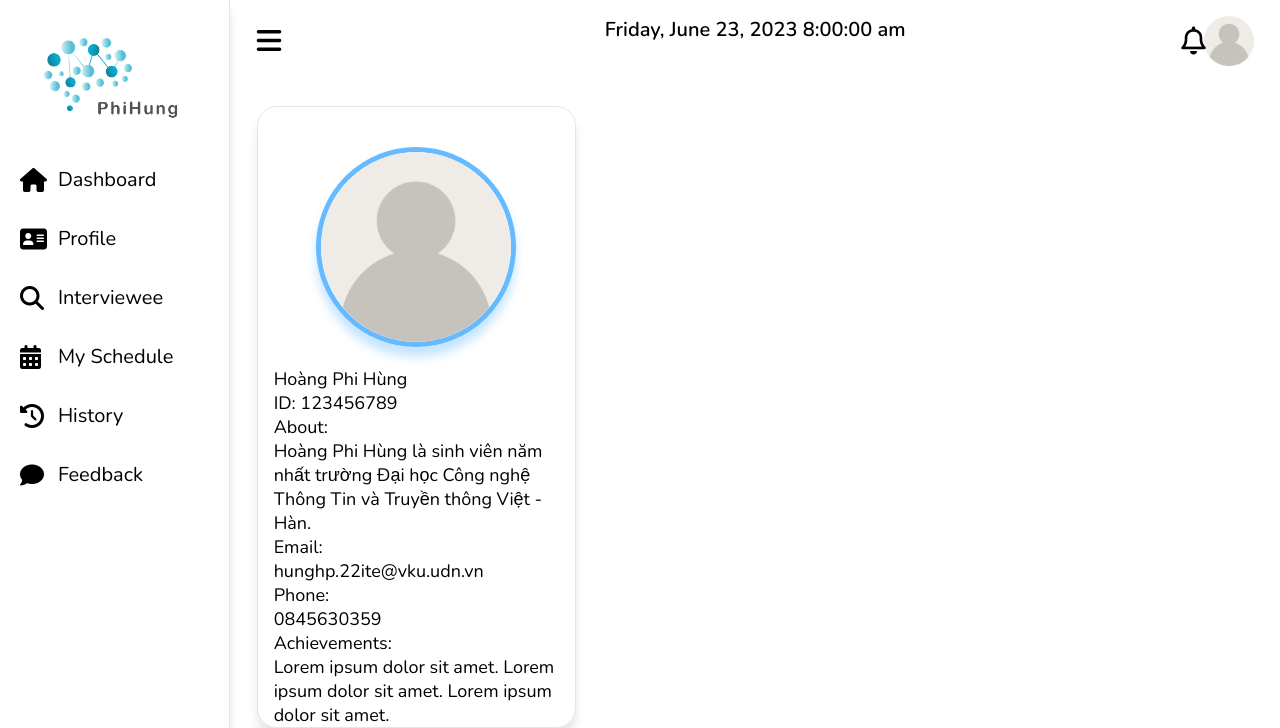
Repository: hphihungit/InterviewService
Page: interviewee.html
The author's editor kept a copy of each file at every save. The page is drawn from the files as they stood at one save, then again after the next save.
The browser window is 1280 px wide. The pictures show the whole page.

Above is the page before, as saved 2023-05-31 23:28:33.

### interviewee.html
<!DOCTYPE html>
<html lang="en">
<head>
    <meta charset="UTF-8">
    <meta http-equiv="X-UA-Compatible" content="IE=edge">
    <meta name="viewport" content="width=device-width, initial-scale=1.0">
    <title>Document</title>
    <link rel="stylesheet" href="assets/css/grid.css">
    <link rel="stylesheet" href="assets/css/base.css">
    <link rel="stylesheet" href="https://cdnjs.cloudflare.com/ajax/libs/font-awesome/6.4.0/css/all.min.css" integrity="sha512-iecdLmaskl7CVkqkXNQ/ZH/XLlvWZOJyj7Yy7tcenmpD1ypASozpmT/E0iPtmFIB46ZmdtAc9eNBvH0H/ZpiBw==" crossorigin="anonymous" referrerpolicy="no-referrer"/>
    <link rel="preconnect" href="https://fonts.googleapis.com">
    <link rel="preconnect" href="https://fonts.gstatic.com" crossorigin>
    <link href="https://fonts.googleapis.com/css2?family=Nunito:wght@200;300;400;500;600;700;800;900;1000&display=swap" rel="stylesheet">
    <link rel="stylesheet" href="assets/css/interviewee.css">
</head>
<body>
    <div id="main">
        <div class="dashboard">
            <div class="dashboard__logo"></div>
            <ul class="dashboard__list">
                <li class="dashboard__item">
                    <a href="" class="icon__link">
                        <i class="fa-solid fa-house"></i>
                    </a>
                    <a href="" class="link">Dashboard</a>
                </li>
                <li class="dashboard__item">
                    <a href="" class="icon__link">
                        <i class="fa-solid fa-address-card"></i>
                    </a>
                    <a href="" class="link">Profile</a>
                </li>
                <li class="dashboard__item">
                    <a href="" class="icon__link">
                        <i class="fa-solid fa-magnifying-glass"></i>
                    </a>
                    <a href="" class="link">Interviewee</a>
                </li>
                <li class="dashboard__item">
                    <a href="" class="icon__link">
                        <i class="fa-solid fa-calendar-days"></i>
                    </a>
                    <a href="" class="link">My Schedule</a>
                </li>
                <li class="dashboard__item">
                    <a href="" class="icon__link">
                        <i class="fa-solid fa-clock-rotate-left"></i>
                    </a>
                    <a href="" class="link">History</a>
                </li>
                <li class="dashboard__item">
                    <a href="" class="icon__link">
                        <i class="fa-solid fa-comment"></i>
                    </a>
                    <a href="" class="link">Feedback</a>
                </li>
            </ul>
        </div>

        <div class="container">
            <div class="header">
                <div class="header__icon">
                    <label class="fa-solid fa-bars header__label"></label>
                </div>

                <div class="header__time">
                    Friday, June 23, 2023 8:00:00 am
                </div>

                <div class="header__news">
                    <label class="fa-regular fa-bell header__label--bell"></label>
                    <div class="header__avatar">
                        <img src="assets/img/user.png" alt="">
                    </div>
                </div>
            </div>

            <div class="about">
                <div class="cv">
                    <div class="cv__avatar">
                        <img src="assets/img/user.png" alt="">
                    </div>

                    <div class="cv__name">
                        <p class="cv__name--interviewee">Hoàng Phi Hùng</p>
                        <p class="cv__id">ID: 123456789</p>
                    </div>

                    <div class="cv__about">
                        <p class="cv__about--title">About: </p>
                        <p class="cv__about--content">
                            Hoàng Phi Hùng là sinh viên năm nhất trường Đại học Công nghệ Thông Tin và Truyền thông Việt - Hàn.
                        </p>
                    </div>

                    <div class="cv__email">
                        <p class="cv__email--title">Email: </p>
                        <p class="cv__email--content">hunghp.22ite@vku.udn.vn</p>
                    </div>

                    <div class="cv__phone">
                        <p class="cv__phone--title">Phone: </p>
                        <p class="cv__phone--content">0845630359</p>
                    </div>

                    <div class="cv__info">
                        <p class="cv__info--title">Achievements: </p>
                        <p class="cv__info--content">
                            Lorem ipsum dolor sit amet.
                            Lorem ipsum dolor sit amet.
                            Lorem ipsum dolor sit amet.
                        </p>
                    </div>
                </div>

                <div class="info">

                </div>
            </div>
        </div>
    </div>
</body>
</html>

### assets/css/grid.css
.grid {
    width: 90%;
    display: block;
    padding: 0;
    margin: 0 auto;
}

.row {
    display: flex;
    flex-wrap: wrap;
    margin-left: -4px;
    margin-right: -4px;
}

.row.no-gutters {
    margin-left: 0;
    margin-right: 0;
}

.col {
    padding-left: 4px;
    padding-right: 4px;
}

.row.no-gutters .col {
    padding-left: 0;
    padding-right: 0;
}

.c-0 {
    display: none;
}

.c-1 {
    flex: 0 0 8.33333%;
    max-width: 8.33333%;
}

.c-2 {
    flex: 0 0 16.66667%;
    max-width: 16.66667%;
}

.c-3 {
    flex: 0 0 25%;
    max-width: 25%;
}

.c-4 {
    flex: 0 0 33.33333%;
    max-width: 33.33333%;
}

.c-5 {
    flex: 0 0 41.66667%;
    max-width: 41.66667%;
}

.c-6 {
    flex: 0 0 50%;
    max-width: 50%;
}

.c-7 {
    flex: 0 0 58.33333%;
    max-width: 58.33333%;
}

.c-8 {
    flex: 0 0 66.66667%;
    max-width: 66.66667%;
}

.c-9 {
    flex: 0 0 75%;
    max-width: 75%;
}

.c-10 {
    flex: 0 0 83.33333%;
    max-width: 83.33333%;
}

.c-11 {
    flex: 0 0 91.66667%;
    max-width: 91.66667%;
}

.c-12 {
    flex: 0 0 100%;
    max-width: 100%;
}

.c-o-1 {
    margin-left: 8.33333%;
}

.c-o-2 {
    margin-left: 16.66667%;
}

.c-o-3 {
    margin-left: 25%;
}

.c-o-4 {
    margin-left: 33.33333%;
}

.c-o-5 {
    margin-left: 41.66667%;
}

.c-o-6 {
    margin-left: 50%;
}

.c-o-7 {
    margin-left: 58.33333%;
}

.c-o-8 {
    margin-left: 66.66667%;
}

.c-o-9 {
    margin-left: 75%;
}

.c-o-10 {
    margin-left: 83.33333%;
}

.c-o-11 {
    margin-left: 91.66667%;
}

/* >= Tablet */
@media (min-width: 740px) {
    .row {
        margin-left: -8px;
        margin-right: -8px;
    }

    .col {
        padding-left: 8px;
        padding-right: 8px;
    }

    .m-0 {
        display: none;
    }

    .m-1,
    .m-2,
    .m-3,
    .m-4,
    .m-5,
    .m-6,
    .m-7,
    .m-8,
    .m-9,
    .m-10,
    .m-11,
    .m-12 {
        display: block;
    }

    .m-1 {
        flex: 0 0 8.33333%;
        max-width: 8.33333%;
    }

    .m-2 {
        flex: 0 0 16.66667%;
        max-width: 16.66667%;
    }

    .m-3 {
        flex: 0 0 25%;
        max-width: 25%;
    }

    .m-4 {
        flex: 0 0 33.33333%;
        max-width: 33.33333%;
    }

    .m-5 {
        flex: 0 0 41.66667%;
        max-width: 41.66667%;
    }

    .m-6 {
        flex: 0 0 50%;
        max-width: 50%;
    }

    .m-7 {
        flex: 0 0 58.33333%;
        max-width: 58.33333%;
    }

    .m-8 {
        flex: 0 0 66.66667%;
        max-width: 66.66667%;
    }

    .m-9 {
        flex: 0 0 75%;
        max-width: 75%;
    }

    .m-10 {
        flex: 0 0 83.33333%;
        max-width: 83.33333%;
    }

    .m-11 {
        flex: 0 0 91.66667%;
        max-width: 91.66667%;
    }

    .m-12 {
        flex: 0 0 100%;
        max-width: 100%;
    }

    .m-o-1 {
        margin-left: 8.33333%;
    }

    .m-o-2 {
        margin-left: 16.66667%;
    }

    .m-o-3 {
        margin-left: 25%;
    }

    .m-o-4 {
        margin-left: 33.33333%;
    }

    .m-o-5 {
        margin-left: 41.66667%;
    }

    .m-o-6 {
        margin-left: 50%;
    }

    .m-o-7 {
        margin-left: 58.33333%;
    }

    .m-o-8 {
        margin-left: 66.66667%;
    }

    .m-o-9 {
        margin-left: 75%;
    }

    .m-o-10 {
        margin-left: 83.33333%;
    }

    .m-o-11 {
        margin-left: 91.66667%;
    }
}

/* PC medium resolution > */
@media (min-width: 1113px) {
    .row {
        margin-left: -12px;
        margin-right: -12px;
    }

    .row.sm-gutter {
        margin-left: -5px;
        margin-right: -5px;
    }

    .col {
        padding-left: 12px;
        padding-right: 12px;
    }

    .row.sm-gutter .col {
        padding-left: 5px;
        padding-right: 5px;
    }

    .l-0 {
        display: none;
    }

    .l-1,
    .l-2,
    .l-2-4,
    .l-3,
    .l-4,
    .l-5,
    .l-6,
    .l-7,
    .l-8,
    .l-9,
    .l-10,
    .l-11,
    .l-12 {
        display: block;
    }

    .l-1 {
        flex: 0 0 8.33333%;
        max-width: 8.33333%;
    }

    .l-2 {
        flex: 0 0 16.66667%;
        max-width: 16.66667%;
    }

    .l-2-4 {
        flex: 0 0 20%;
        max-width: 20%;
    }

    .l-3 {
        flex: 0 0 25%;
        max-width: 25%;
    }

    .l-4 {
        flex: 0 0 33.33333%;
        max-width: 33.33333%;
    }

    .l-5 {
        flex: 0 0 41.66667%;
        max-width: 41.66667%;
    }

    .l-6 {
        flex: 0 0 50%;
        max-width: 50%;
    }

    .l-7 {
        flex: 0 0 58.33333%;
        max-width: 58.33333%;
    }

    .l-8 {
        flex: 0 0 66.66667%;
        max-width: 66.66667%;
    }

    .l-9 {
        flex: 0 0 75%;
        max-width: 75%;
    }

    .l-10 {
        flex: 0 0 83.33333%;
        max-width: 83.33333%;
    }

    .l-11 {
        flex: 0 0 91.66667%;
        max-width: 91.66667%;
    }

    .l-12 {
        flex: 0 0 100%;
        max-width: 100%;
    }

    .l-o-1 {
        margin-left: 8.33333%;
    }

    .l-o-2 {
        margin-left: 16.66667%;
    }

    .l-o-3 {
        margin-left: 25%;
    }

    .l-o-4 {
        margin-left: 33.33333%;
    }

    .l-o-5 {
        margin-left: 41.66667%;
    }

    .l-o-6 {
        margin-left: 50%;
    }

    .l-o-7 {
        margin-left: 58.33333%;
    }

    .l-o-8 {
        margin-left: 66.66667%;
    }

    .l-o-9 {
        margin-left: 75%;
    }

    .l-o-10 {
        margin-left: 83.33333%;
    }

    .l-o-11 {
        margin-left: 91.66667%;
    }
}

/* Tablet - PC low resolution */
@media (min-width: 740px) and (max-width: 1023px) {
    .wide {
        width: 644px;
    }
}

/* > PC low resolution */
@media (min-width: 1024px) and (max-width: 1239px) {
    .wide {
        width: 984px;
    }

    .wide .row {
        margin-left: -12px;
        margin-right: -12px;
    }

    .wide .row.sm-gutter {
        margin-left: -5px;
        margin-right: -5px;
    }

    .wide .col {
        padding-left: 12px;
        padding-right: 12px;
    }

    .wide .row.sm-gutter .col {
        padding-left: 5px;
        padding-right: 5px;
    }

    .wide .l-0 {
        display: none;
    }

    .wide .l-1,
    .wide .l-2,
    .wide .l-2-4,
    .wide .l-3,
    .wide .l-4,
    .wide .l-5,
    .wide .l-6,
    .wide .l-7,
    .wide .l-8,
    .wide .l-9,
    .wide .l-10,
    .wide .l-11,
    .wide .l-12 {
        display: block;
    }

    .wide .l-1 {
        flex: 0 0 8.33333%;
        max-width: 8.33333%;
    }

    .wide .l-2 {
        flex: 0 0 16.66667%;
        max-width: 16.66667%;
    }

    .wide .l-2-4 {
        flex: 0 0 20%;
        max-width: 20%;
    }

    .wide .l-3 {
        flex: 0 0 25%;
        max-width: 25%;
    }

    .wide .l-4 {
        flex: 0 0 33.33333%;
        max-width: 33.33333%;
    }

    .wide .l-5 {
        flex: 0 0 41.66667%;
        max-width: 41.66667%;
    }

    .wide .l-6 {
        flex: 0 0 50%;
        max-width: 50%;
    }

    .wide .l-7 {
        flex: 0 0 58.33333%;
        max-width: 58.33333%;
    }

    .wide .l-8 {
        flex: 0 0 66.66667%;
        max-width: 66.66667%;
    }

    .wide .l-9 {
        flex: 0 0 75%;
        max-width: 75%;
    }

    .wide .l-10 {
        flex: 0 0 83.33333%;
        max-width: 83.33333%;
    }

    .wide .l-11 {
        flex: 0 0 91.66667%;
        max-width: 91.66667%;
    }

    .wide .l-12 {
        flex: 0 0 100%;
        max-width: 100%;
    }

    .wide .l-o-1 {
        margin-left: 8.33333%;
    }

    .wide .l-o-2 {
        margin-left: 16.66667%;
    }

    .wide .l-o-3 {
        margin-left: 25%;
    }

    .wide .l-o-4 {
        margin-left: 33.33333%;
    }

    .wide .l-o-5 {
        margin-left: 41.66667%;
    }

    .wide .l-o-6 {
        margin-left: 50%;
    }

    .wide .l-o-7 {
        margin-left: 58.33333%;
    }

    .wide .l-o-8 {
        margin-left: 66.66667%;
    }

    .wide .l-o-9 {
        margin-left: 75%;
    }

    .wide .l-o-10 {
        margin-left: 83.33333%;
    }

    .wide .l-o-11 {
        margin-left: 91.66667%;
    }
}

### assets/css/base.css
:root {
    --white-color: #fff;
    --black-color: #000;
    --blue-color : #40a9ff;
    --text-color: #8f8f8f;
    --scale: 1px;
}

* {
    padding: 0;
    margin: 0;
    box-sizing: border-box;
    text-decoration: none;
    list-style-type: none;
}

html, body {
    font-size: 18px;
    font-family: 'Nunito', sans-serif;
    scroll-behavior: smooth;
}

### assets/css/interviewee.css
#main {
    width: 100%;
    display: flex;
}

.dashboard {
    width: 18%;
    min-height: 0;
    border-right: 1px solid rgba(0, 0, 0, 0.1);
    box-shadow: 0 10px 10px rgba(0, 0, 0, 0.1);
}

.dashboard__logo {
    width: 100%;
    height: 150px;
    background-image: url('../img/logo.png');
    background-repeat: no-repeat;
    background-size: 50%;
    background-size: 62%;
    background-position: 50% 85%;
}

.dashboard__list {
    width: 100%;
}

.dashboard__item {
    border-radius: 25px 0 0 25px;
    display: flex;
    width: 100%;
    padding: 0px 20px;
}

.dashboard__item:hover {
    background-color: var(--blue-color);
}

.dashboard__item:hover .link,
.dashboard__item:hover .icon__link {
    color: #fff;
}

.icon__link {
    display: flex;
    align-items: center;
    width: 20%;
    font-size: 24px;
    color: #000;
}

.link {
    display: inline-block;
    width: 80%;
    font-size: 20px;
    padding: 16px 0px;
    color: #000;
}

.container {
    width: 82%;
}

.header {
    width: 95%;
    margin: 0 auto;
    display: flex;
    justify-content: space-between;
    margin-top: 16px;
}

.header__icon {
    width: 32%;
    display: flex;
    justify-content: space-between;
    align-items: center;
}

.header__label {
    font-size: 28px;
}

.header__time {
    width: 32%;
    text-align: center;
    font-size: 20px;
    font-weight: 600;
}

.header__news {
    width: 32%;
    display: flex;
    justify-content: flex-end;
    align-items: center;
}

.header__label--bell {
    font-size: 28px;
    position: relative;
}

.header__avatar {
    width: 15%;
    display: flex;
    justify-content: flex-end;
    align-items: center;
}

.header__avatar img {
    width: 50px;
    height: 50px;
}

.about {
    display: flex;
    width: 95%;
    margin: 0 auto;
    margin-top: 40px;
}

.cv {
    width: 32%;
    border: 1px solid rgba(0, 0, 0, 0.1);
    border-radius: 20px;
    box-shadow: 0 10px 10px rgba(0, 0, 0, 0.1);
    padding: 0px 16px;
}

.cv__avatar {
    width: 100%;
    display: flex;
    justify-content: center;
    align-items: center;
    padding: 20px 0px;
    padding-top: 40px;
}

.cv__avatar img {
    width: 200px;
    height: 200px;
    border: 5px solid rgba(64, 169, 255, 0.8);
    border-radius: 50%;
    box-shadow: 0 10px 10px rgba(64, 169, 255, 0.3);;
}

.cv__name,
.cv__about,
.cv__email,
.cv__phone,
.cv__info {
    width: 100%;
}

After the next save:
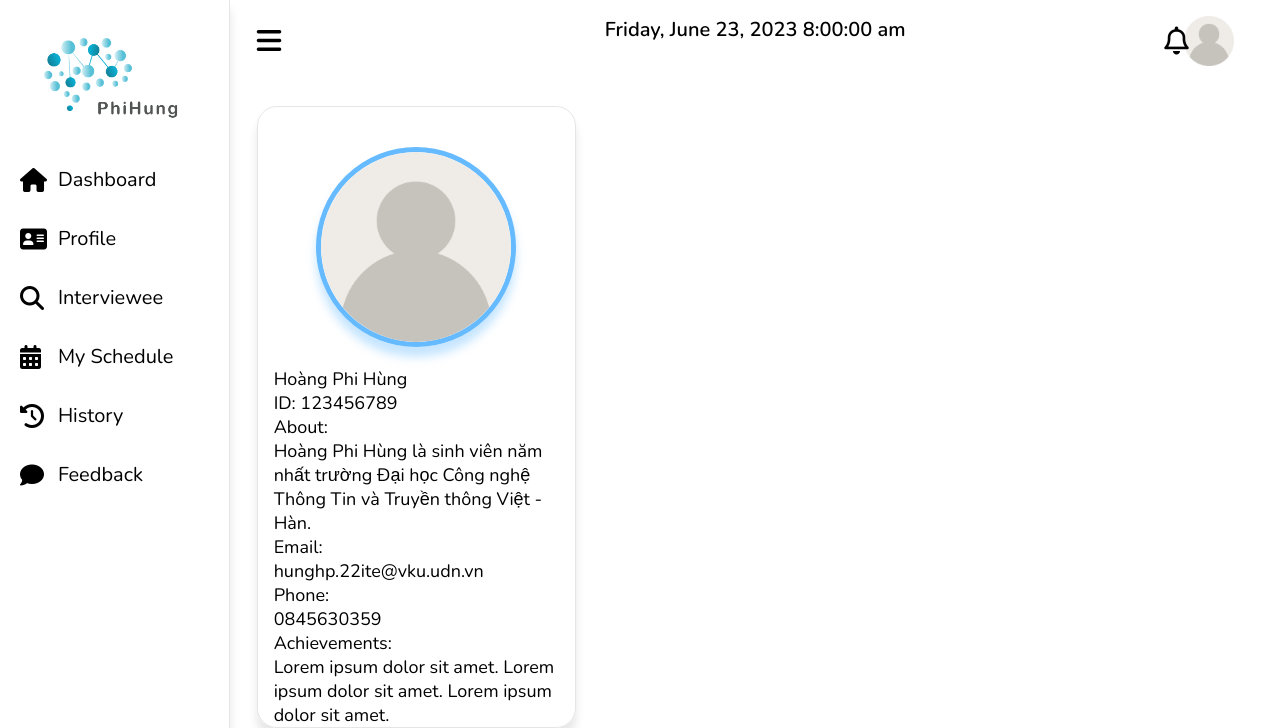
Saved 57 s later.
--- a/assets/css/interviewee.css
+++ b/assets/css/interviewee.css
@@ -88,6 +88,7 @@
 
 .header__news {
     width: 32%;
+    padding-right: 20px;
     display: flex;
     justify-content: flex-end;
     align-items: center;

After the save that followed:
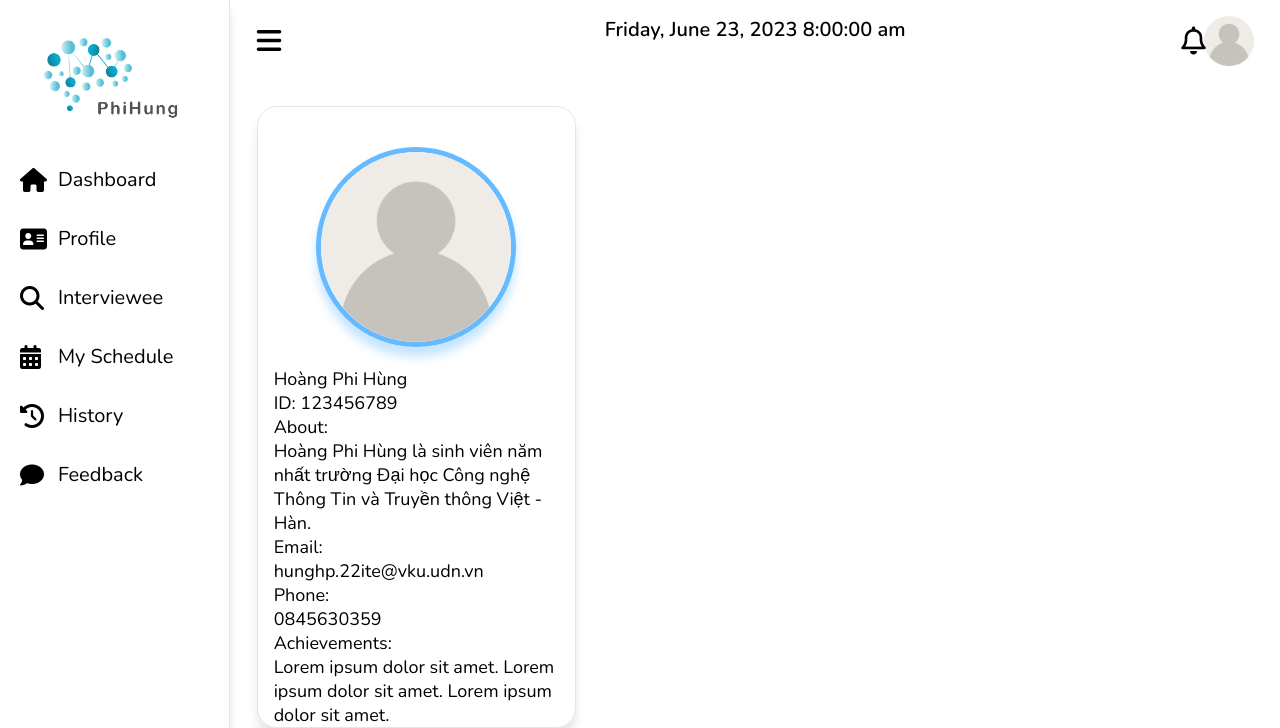
Saved 7 s later.
--- a/assets/css/interviewee.css
+++ b/assets/css/interviewee.css
@@ -88,7 +88,6 @@
 
 .header__news {
     width: 32%;
-    padding-right: 20px;
     display: flex;
     justify-content: flex-end;
     align-items: center;
